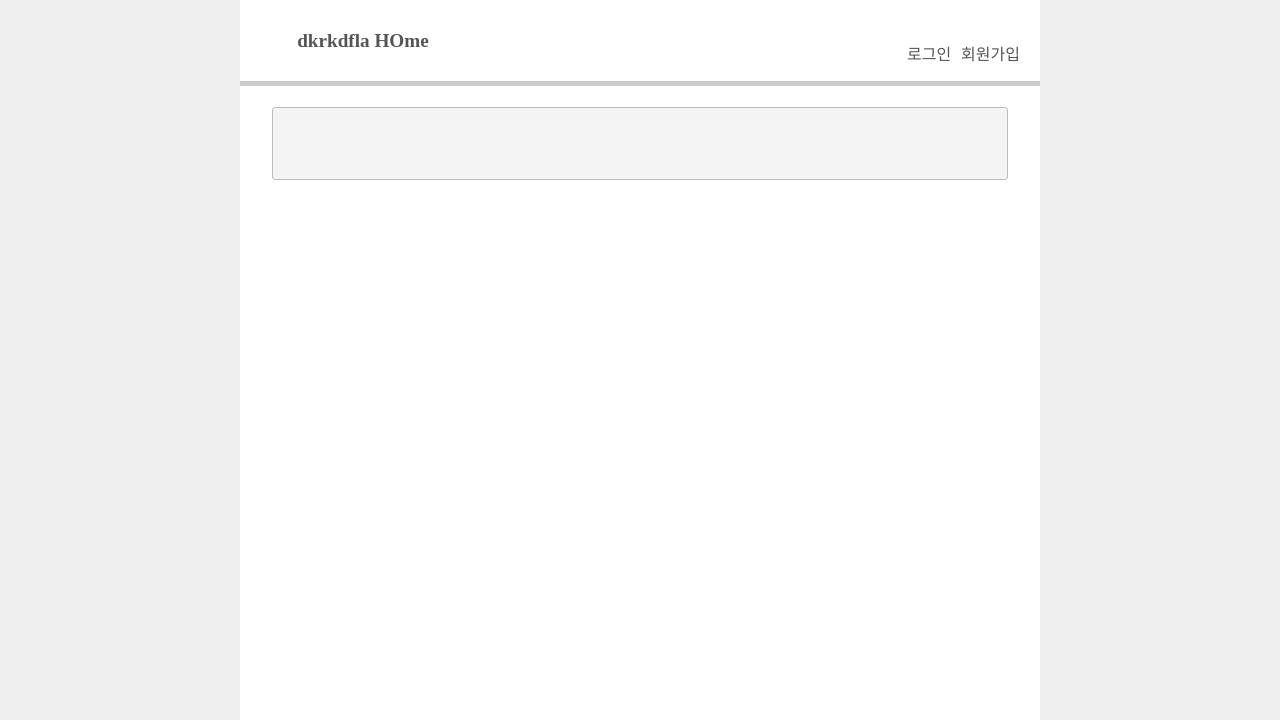
Repository: Dusajang/JSPClass
Page: http://localhost/jspPro/days01/ex01.jsp
The author's editor kept a copy of each file at every save. The page is drawn from the files as they stood at one save, then again after the next save.
The browser window is 1280 px wide. The pictures show the whole page.
Some web fonts or font styles are not loaded; a fallback is used. The page is served by Tomcat 9.

Above is the page before, as saved 2024-10-15 02:11:03.

After the next save:
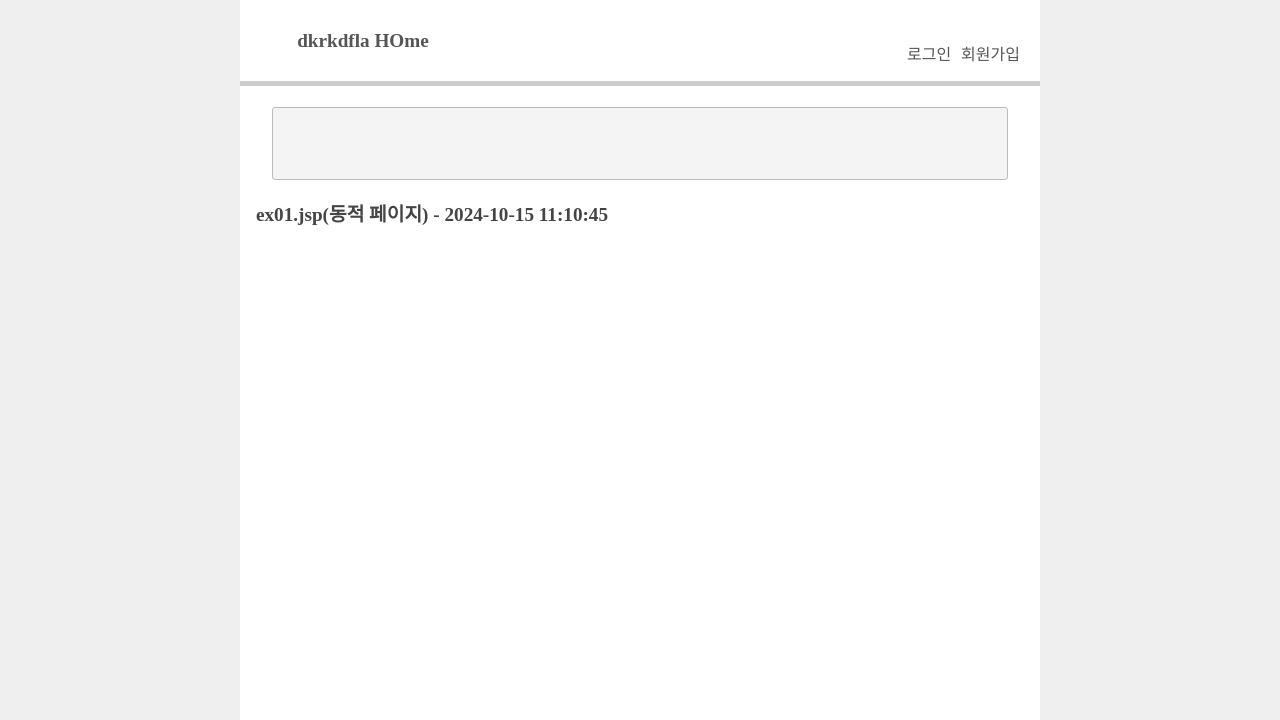
Saved 2 min 5 s later.
--- a/jspPro/src/main/webapp/days01/ex01.jsp
+++ b/jspPro/src/main/webapp/days01/ex01.jsp
@@ -28,6 +28,8 @@
   <xmp class="code">
 
   </xmp>
+
+    <h3>ex01.jsp(동적 페이지) - 2024-10-15 11:10:45</h3>
 </div>
 </body>
 </html>
